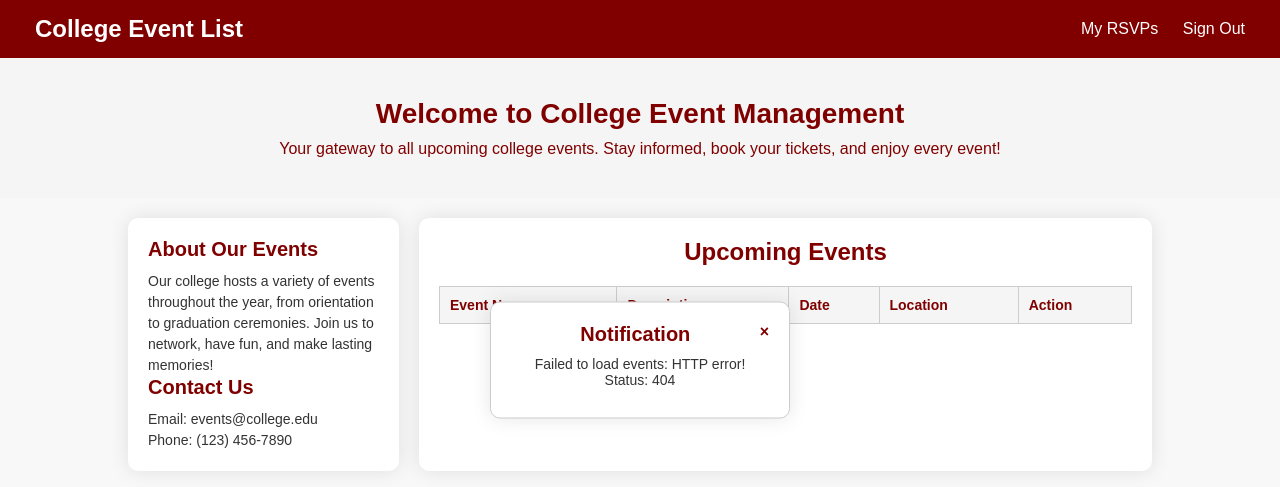
Repository: krypton-arch/College-Event-Management-System
Page: CollegeEvent/src/main/webapp/home.html
An editor plug-in stored every save of this project. The page is shown before and after the next save, followed by the edit.
The browser window is 1280 px wide. The pictures show the whole page.
The page's requests for data from a server got no answer.

Above is the page before, as saved 2025-01-14 17:39:28.
Not found: CollegeEvent/src/main/webapp/EventServlet

After the next save:
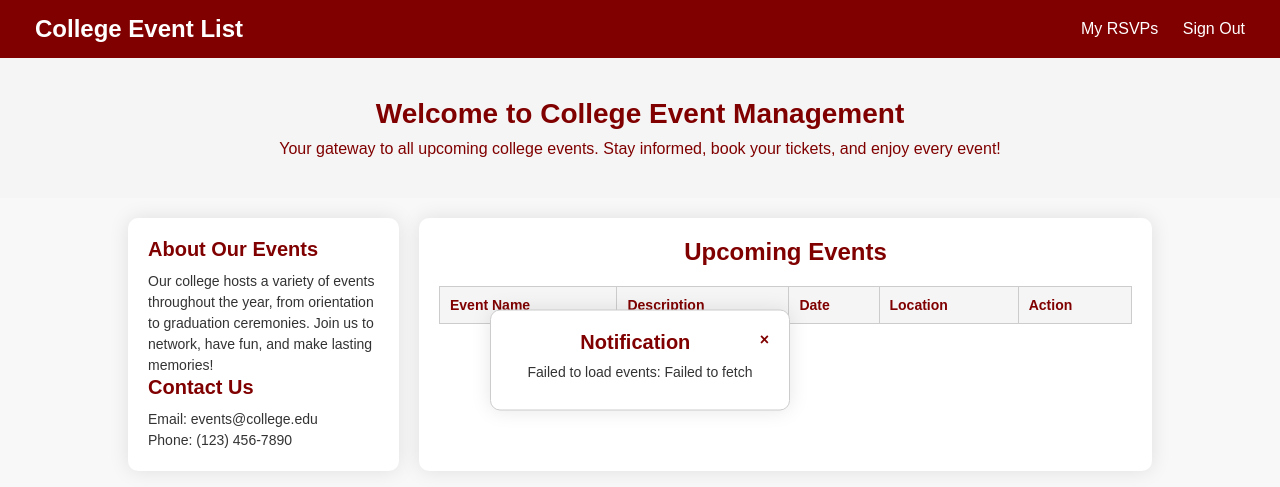
Saved 26 s later.
--- a/CollegeEvent/src/main/webapp/home.html
+++ b/CollegeEvent/src/main/webapp/home.html
@@ -60,7 +60,7 @@
         // Load events from the server
         async function loadEvents() {
             try {
-                const response = await fetch('EventServlet'); // Fetch events from the servlet
+                const response = await fetch('fetchEvents'); // Fetch events from the servlet
                 if (!response.ok) {
                     throw new Error(`HTTP error! Status: ${response.status}`);
                 }
